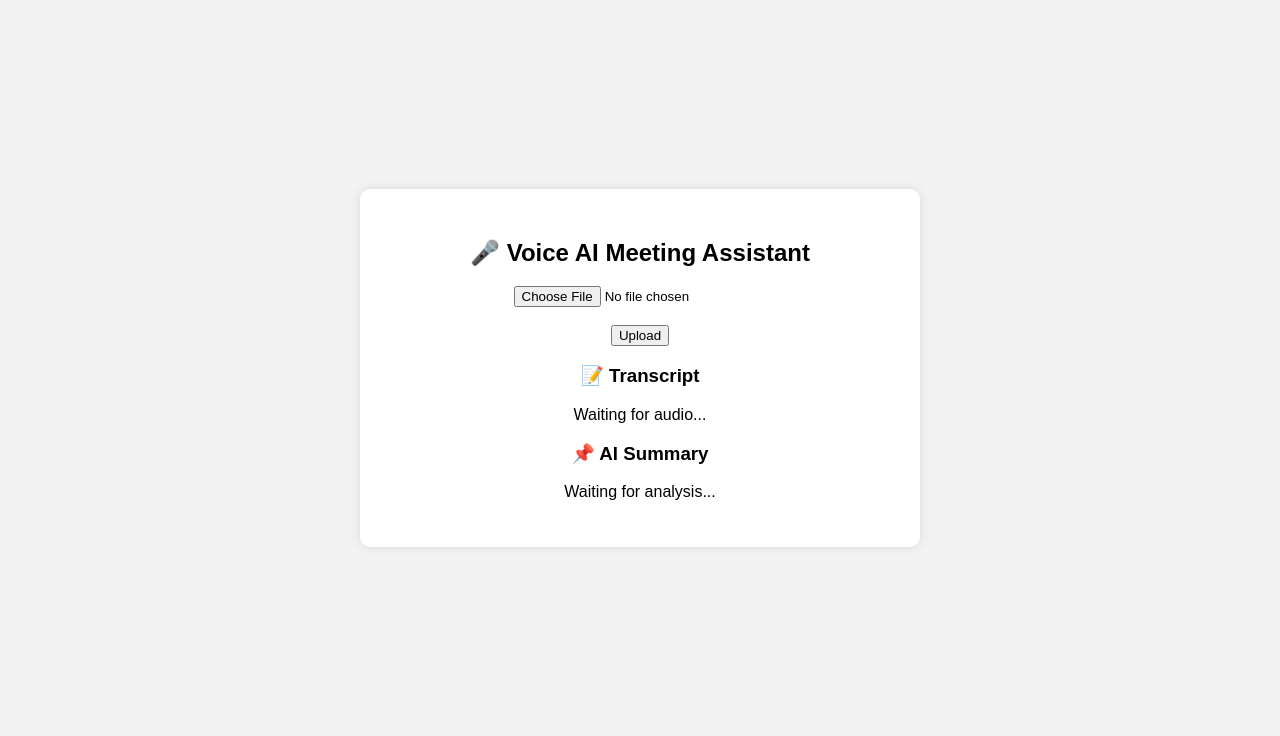
Repository: MujtabaHabib/Voice-AI-Meeting-Assistant
Page: index.html
The author's editor kept a copy of each file at every save. The page is drawn from the files as they stood at one save, then again after the next save.
The browser window is 1280 px wide. The pictures show the whole page.

Above is the page before, as saved 2026-02-01 22:07:59.

After the next save:
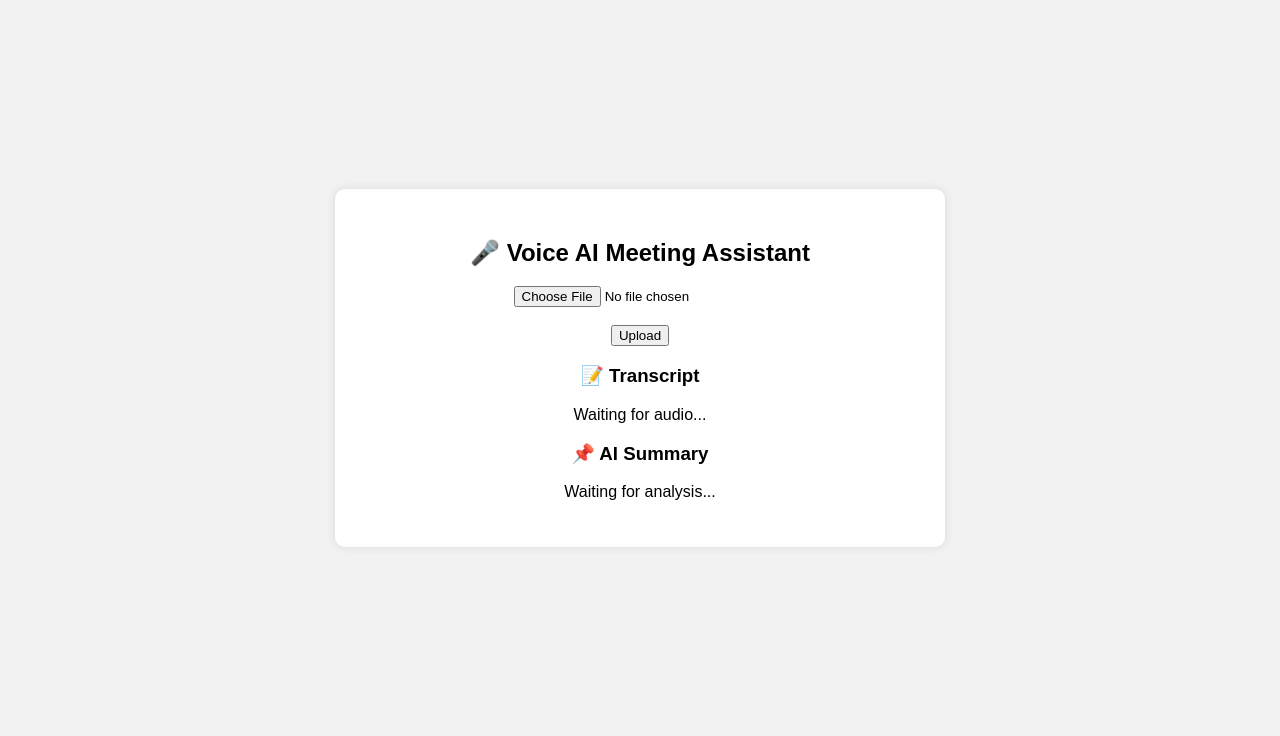
Saved 30 s later.
--- a/style.css
+++ b/style.css
@@ -10,7 +10,7 @@ body{
 .container{
     background-color: white;
     padding: 30px;
-    width: 500px;
+    width: 550px;
     border-radius: 10px;
     border: none;
     box-shadow: 0 0 10px rgba(0,0,0,0.1);
